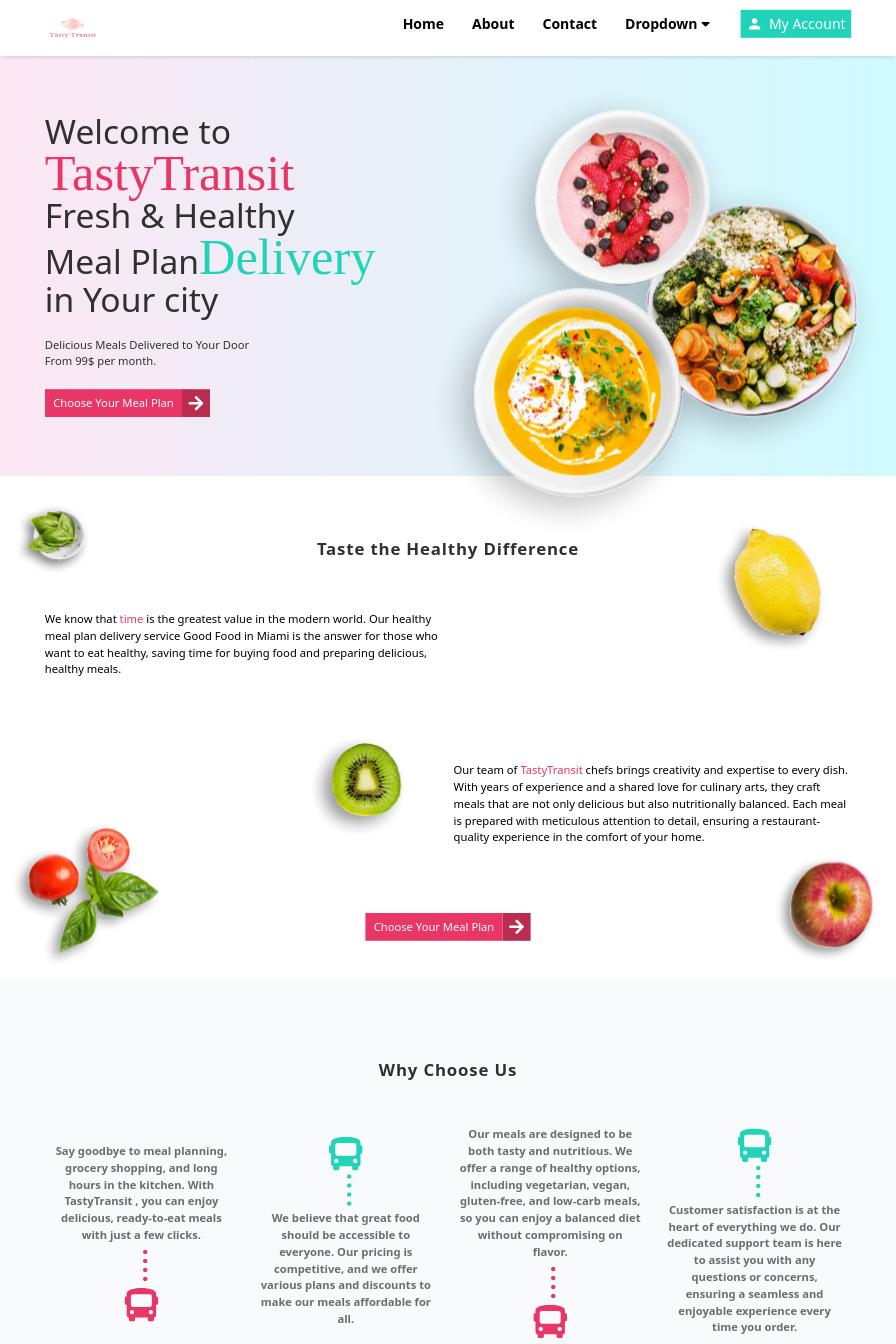
Repository: Ruchii02/restaurant-webpage
Page: / (app in my-project/)
The author's editor kept a copy of each file at every save. The page is drawn from the files as they stood at one save, then again after the next save.
The browser window is 1280 px wide. The pictures show the part of the page from y = 0 to 1920 px (the page is 3052 px tall before and 3092 px after), at 70% of full size.
Some web fonts or font styles are not loaded; a fallback is used. The project was rebuilt for these pictures with package versions that can differ from the ones it lists, and the page was loaded fresh each time. Also part of the build but not shown: my-project/vite.config.js.

Above is the page before, as saved 2024-08-06 16:53:28.

After the next save:
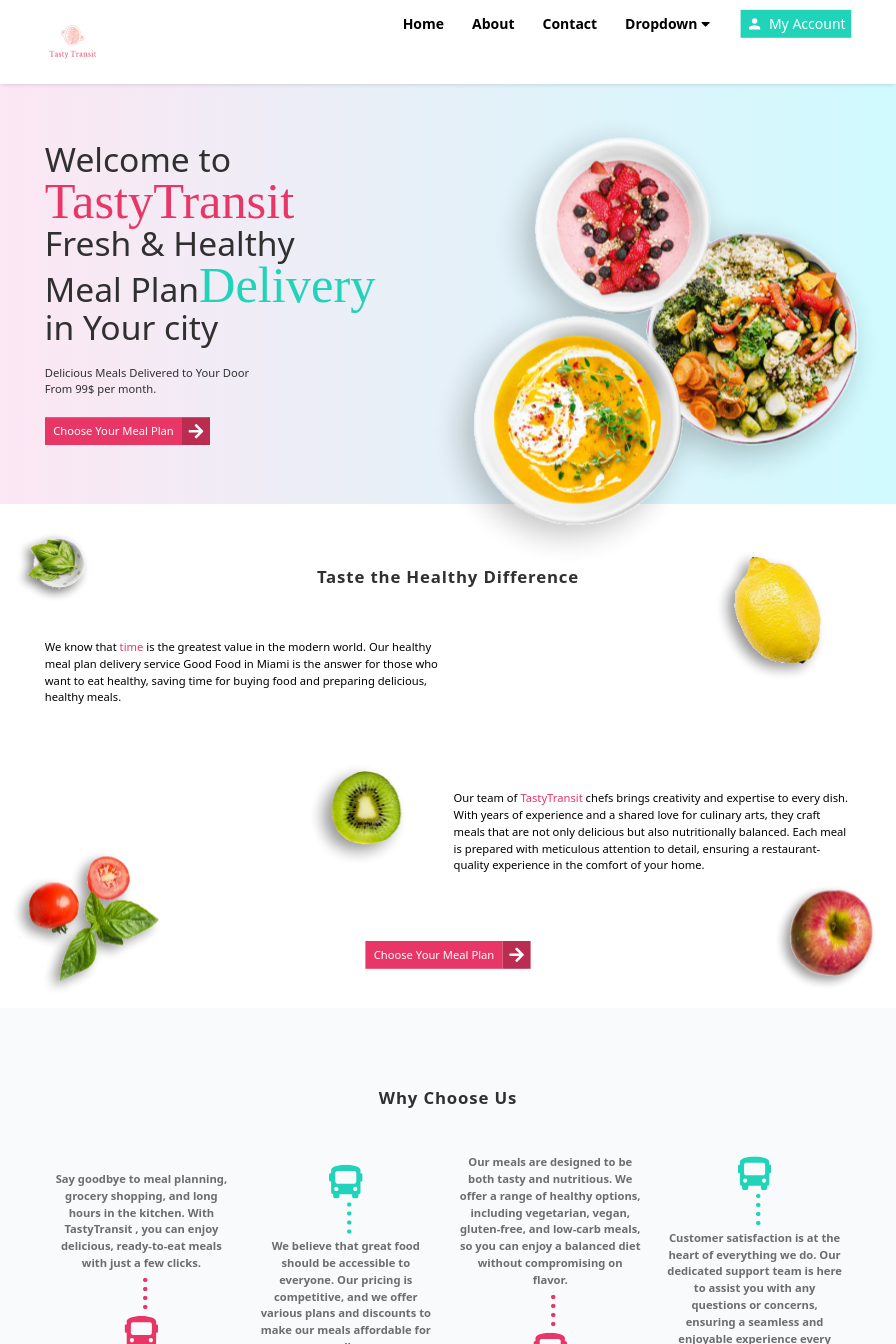
Saved 6 s later.
--- a/my-project/src/components/Navbar/Navbar.jsx
+++ b/my-project/src/components/Navbar/Navbar.jsx
@@ -52,7 +52,7 @@ const DropdownLinks = [
         <div className="container flex justify-between py-4 sm:py-3">
             {/*logo section*/}
          <div className='font-bold text-3xl'>
-           <img src={Logo} alt='' className='w-20 h-14 text-primary' />
+           <img src={Logo} alt='' className='w-20 h-24 text-primary' />
          </div>
          {/*navbar section*/}
          <div>
